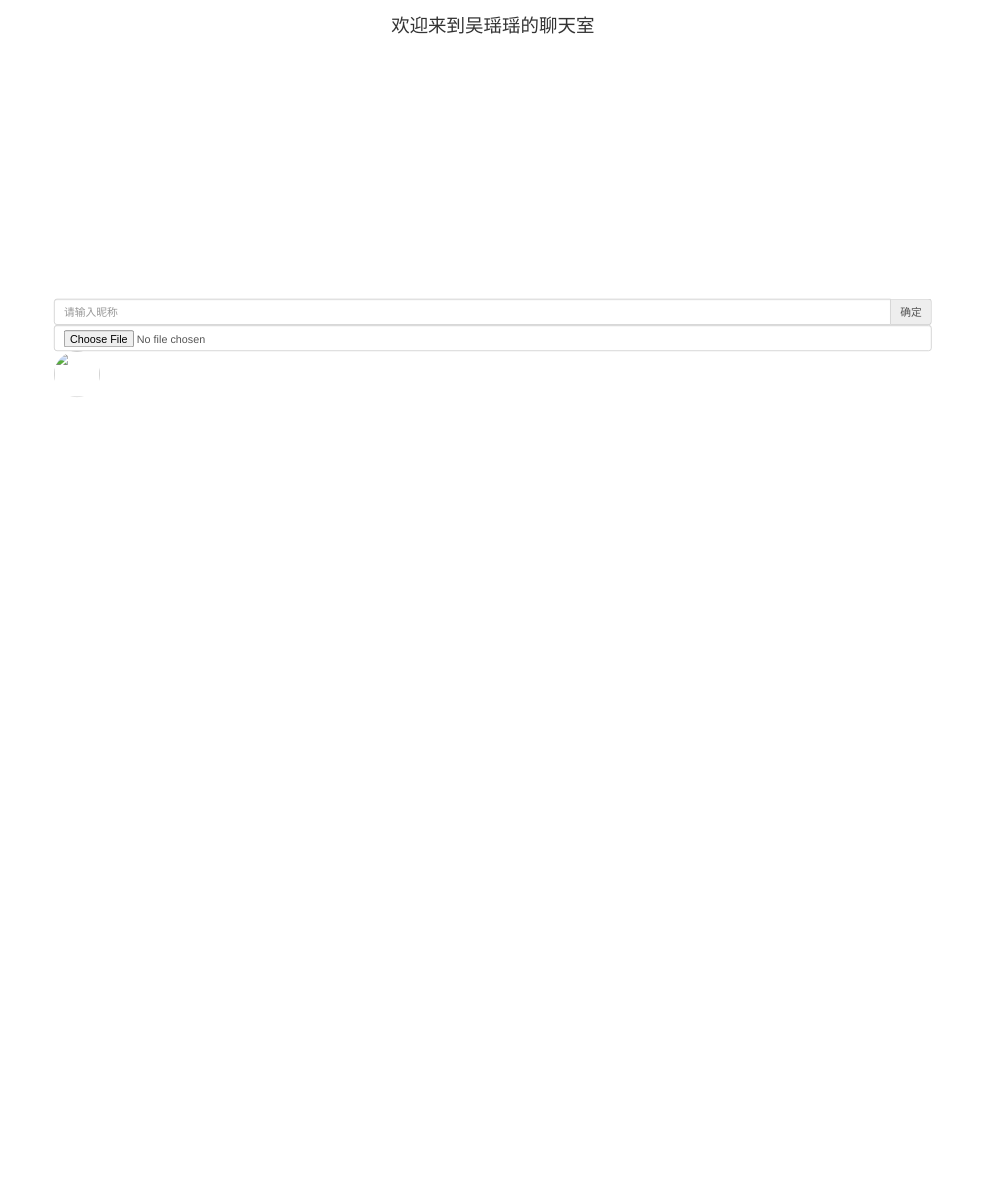
Repository: wyy511/node-socket.io
Page: client.html
These files come from the project's save history. The page is drawn as it stood at one moment and after the next save; the edit follows.
The browser window is 1280 px wide. The pictures show the whole page, at 77% of full size.
The page's requests for data from a server got no answer. Some web libraries are served in a nearby version.

Above is the page before, as saved 2019-11-21 15:24:51.
Console error (its wording comes from the project's code and is left out).

After the next save:
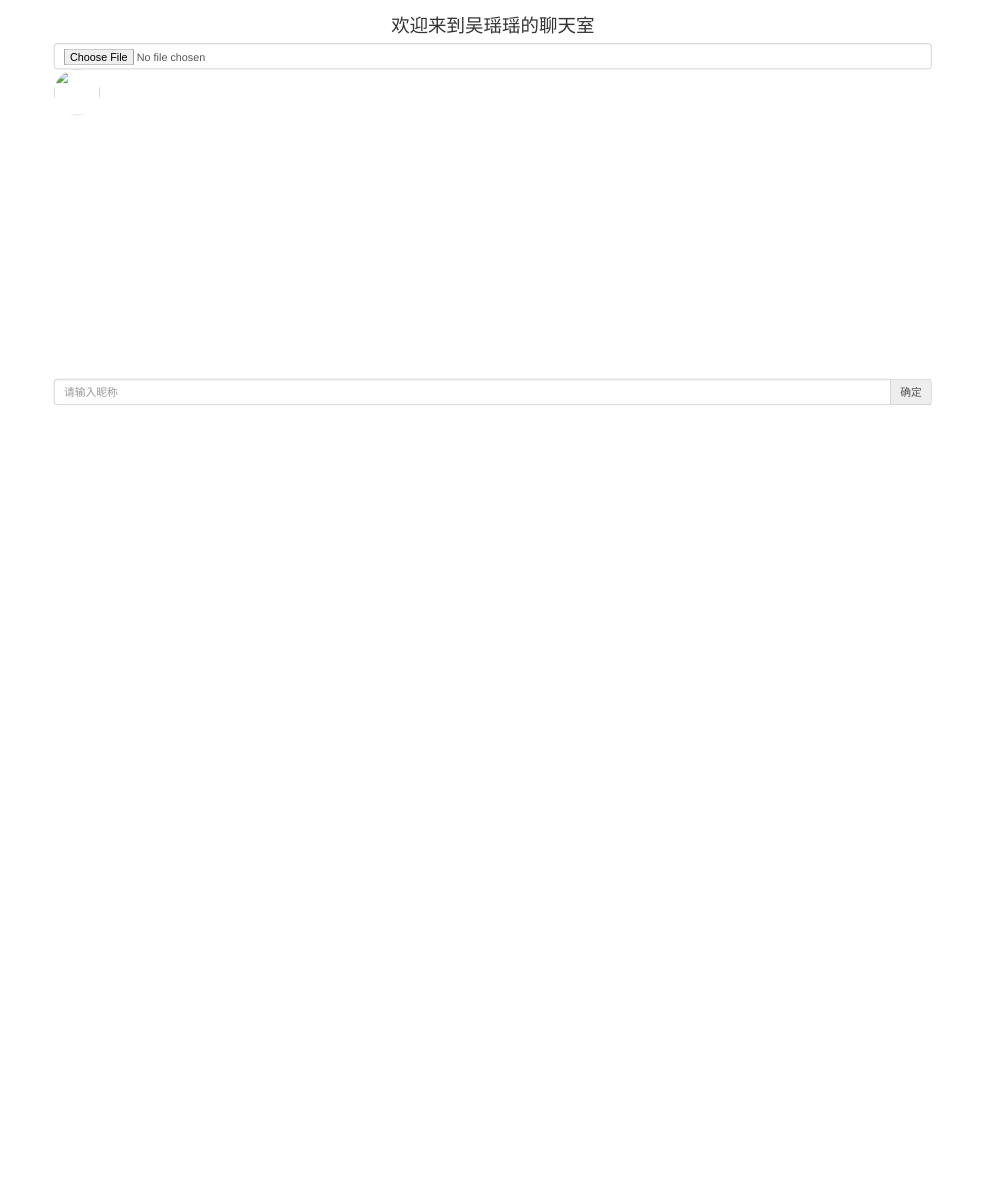
Saved 40 s later.
--- a/client.html
+++ b/client.html
@@ -63,13 +63,13 @@
       <h3 class="title">欢迎来到吴瑶瑶的聊天室</h3>
     </header>
     <div id="nameBox">
+      <div class="login-avatar">
+        <input accept="image/png,image/gif,image/jpeg" class="form-control" type="file" onchange='uploadImage(this)'/>
+        <img src="" id="upload-avatar" class="avatar" />
+      </div>
       <div class="input-group login-input">
         <input id="name" class="form-control" type="text" placeholder="请输入昵称" />
         <span id="nameBtn" class="input-group-addon">确定</span>
-      </div>
-      <div class="login-avatar">
-        <input accept="image/png,image/gif,image/jpeg" class="form-control" type="file" onchange='uploadImage(this)'/>
-        <img src="" id="upload-avatar" class="avatar" />
       </div>
       <div id="imgPreview" style='width: 500px; height: 400px;'>
       </div>
